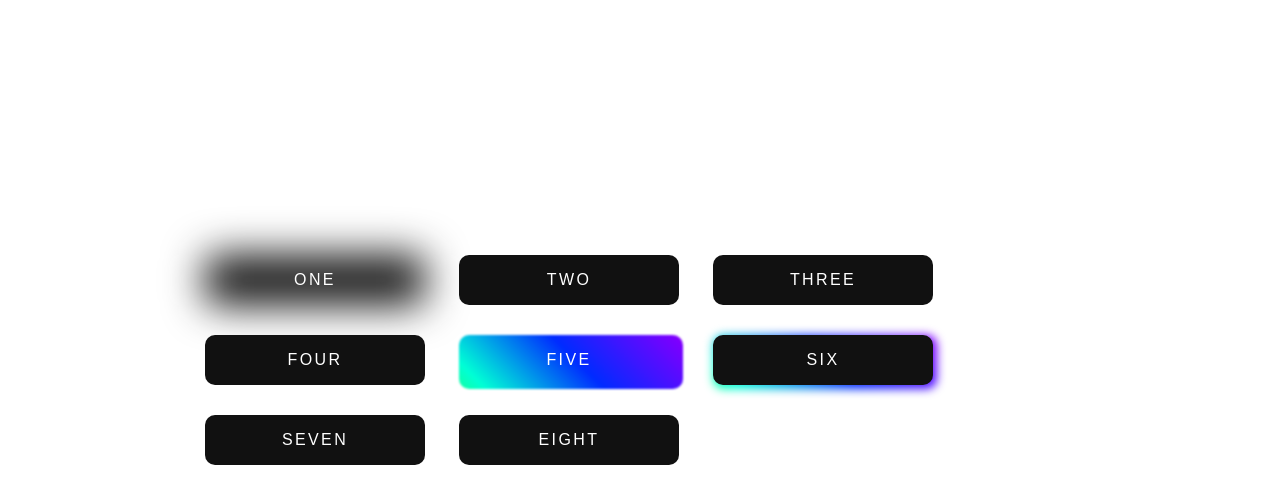
Repository: DanyalNajeeb/dns-button
Page: index.html
An editor plug-in stored every save of this project. The page is shown before and after a run of saves, followed by the edit.
The browser window is 1280 px wide. The pictures show the whole page.

Above is the page before, as saved 2021-01-11 16:09:48.

After the next 2 saves:
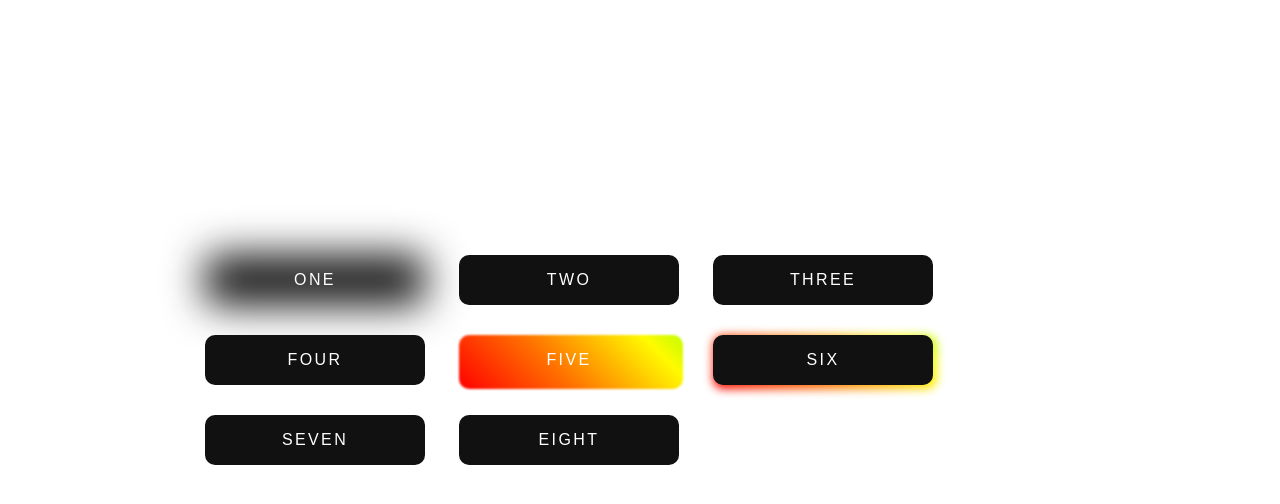
The 2 saves are shown as one change because they came seconds apart.
The last was saved 18 s later.
--- a/css/dns-button.css
+++ b/css/dns-button.css
@@ -122,6 +122,7 @@
     display: inline-block;
   transition: all .3s;
 }
+.dns-button.dns-button.slideIn
 @keyframes glowing {
     0% { background-position: 0 0; }
     50% { background-position: 400% 0; }

After the 2 saves that followed:
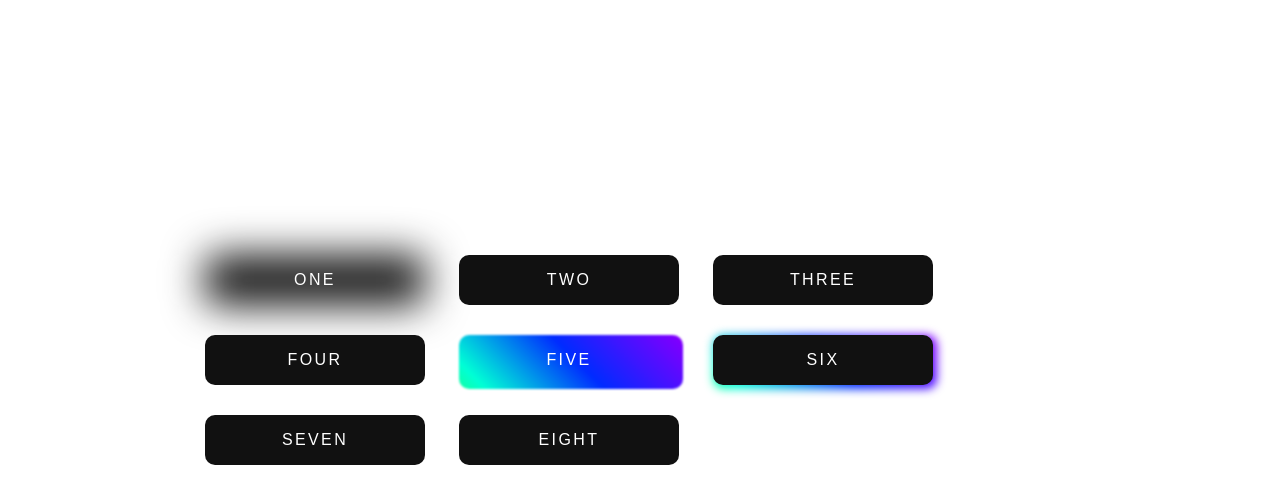
The 2 saves are shown as one change because 1 left the picture as it was.
The last was saved 12 s later.
--- a/css/dns-button.css
+++ b/css/dns-button.css
@@ -122,7 +122,17 @@
     display: inline-block;
   transition: all .3s;
 }
-.dns-button.dns-button.slideIn
+.dns-button.slideIn::after{
+    content: '';
+    position: absolute;
+    bottom: 0;
+    left: 0;
+    width: 100%;
+    height: 100%;
+    background-color: $color;
+    border-radius: 10rem;
+    z-index: -2;
+}
 @keyframes glowing {
     0% { background-position: 0 0; }
     50% { background-position: 400% 0; }
